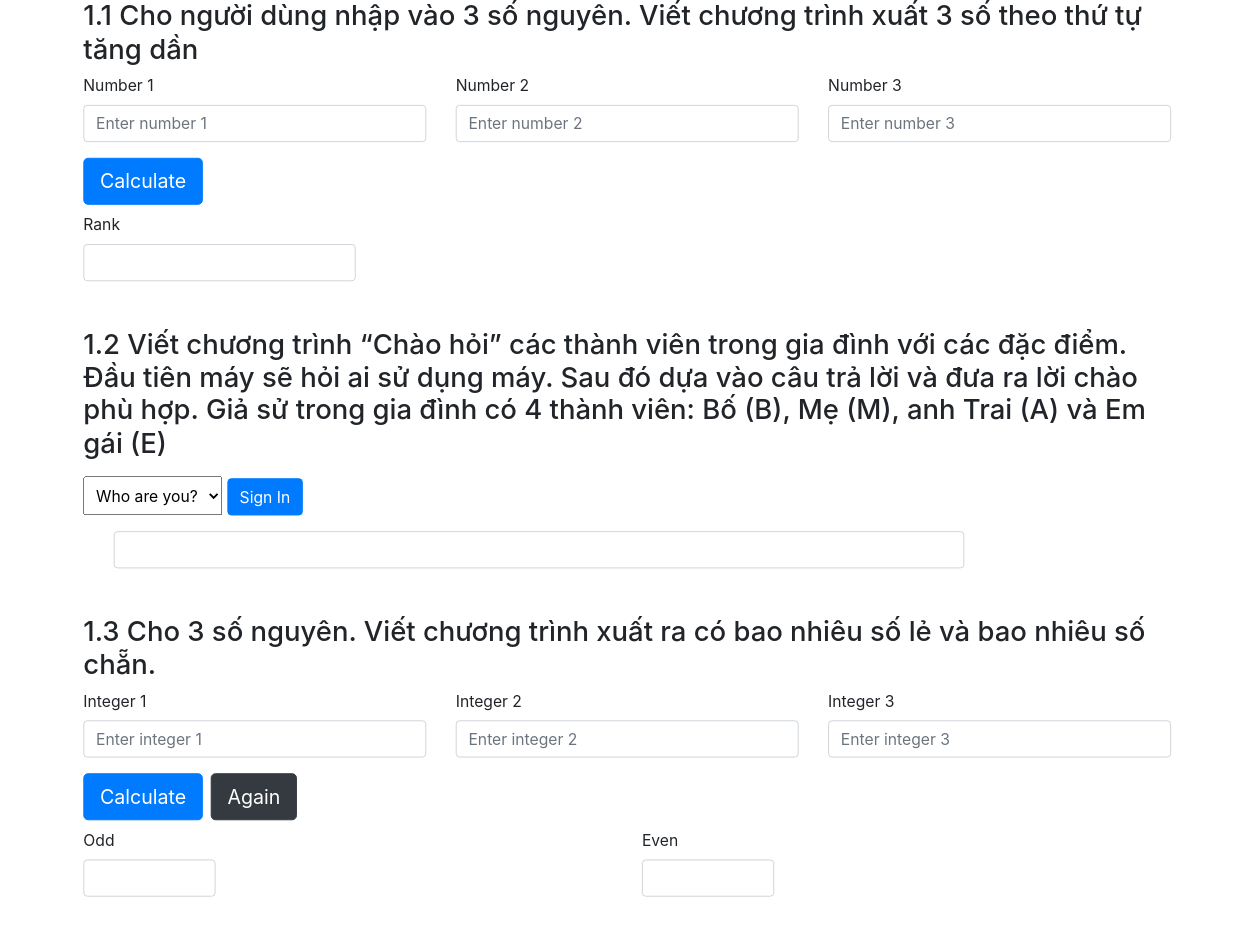
Repository: baobaodeveloper/bootscamp21__jsbasic__HuynhAnhBao
Page: index.html
The author's editor kept a copy of each file at every save. The page is drawn from the files as they stood at one save, then again after the next save.
The browser window is 1280 px wide. The pictures show the whole page, at 98% of full size.

Above is the page before, as saved 2022-03-10 19:10:52.

After the next save:
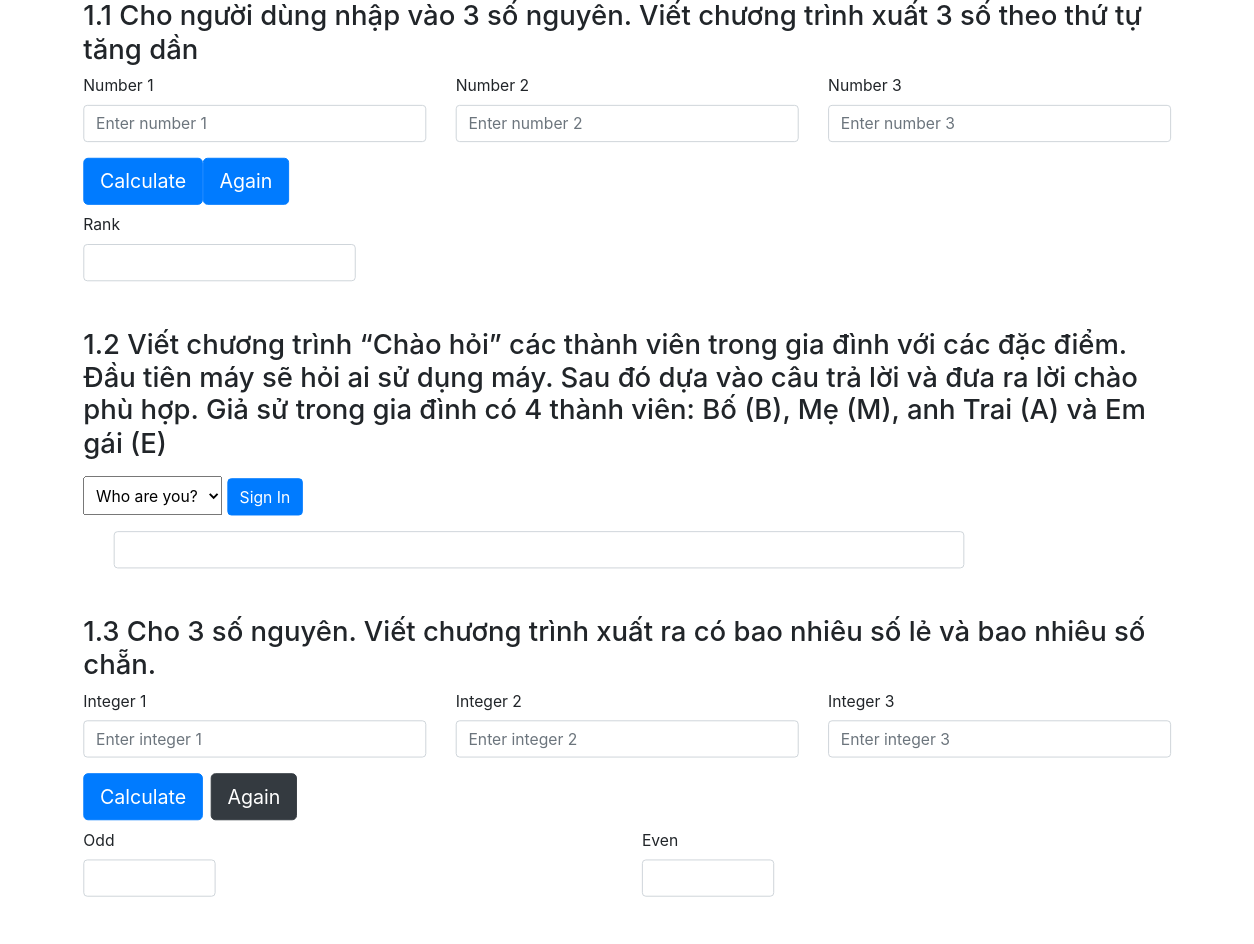
Saved 29 s later.
--- a/index.html
+++ b/index.html
@@ -58,6 +58,13 @@
           class="btn btn-primary btn-lg mt-3 mb-2 btn-rank"
         >
           Calculate
+        </button>
+
+        <button
+          type="button "
+          class="btn btn-primary btn-lg mt-3 mb-2 btn-again-rank"
+        >
+          Again
         </button>
       </div>
 
